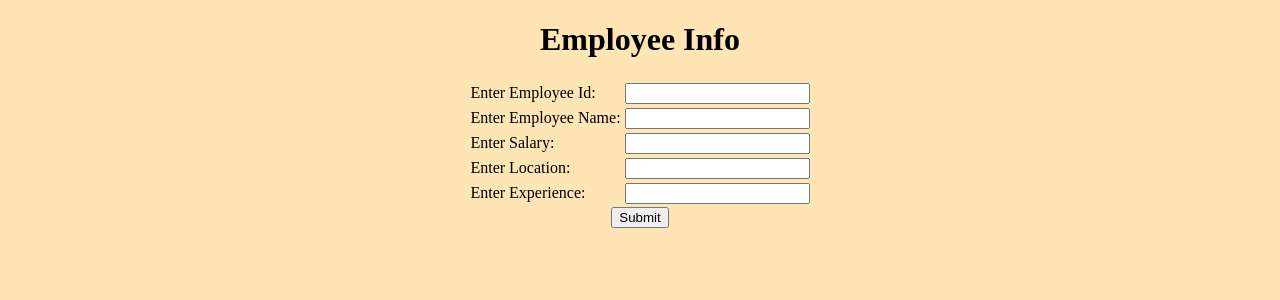
Repository: sravaninallapati1/java1
Page: http://localhost/JSP/reg.jsp
These files come from the project's save history. The page is drawn as it stood at one moment and after the next save; the edit follows.
The browser window is 1280 px wide. The pictures show the whole page.
The page is served by Tomcat 9.

Above is the page before, as saved 2016-12-20 17:25:17.

After the next save:
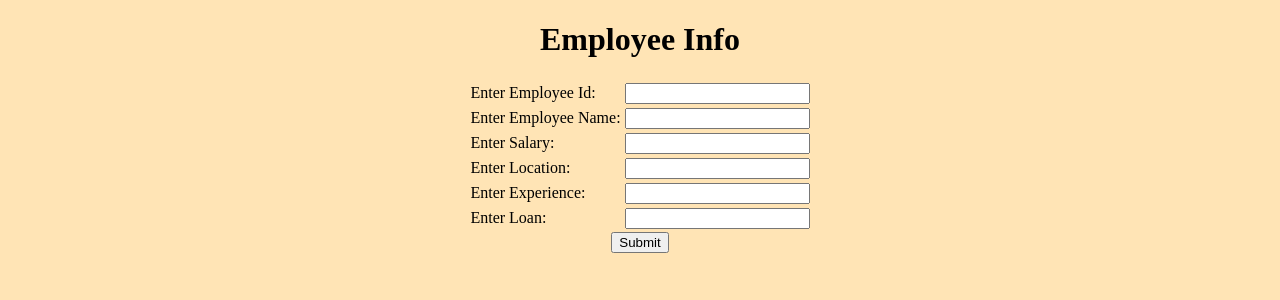
Saved 3 min 51 s later.
--- a/JSP/WebContent/reg.jsp
+++ b/JSP/WebContent/reg.jsp
@@ -36,6 +36,10 @@
       <td>Enter Experience:</td>
       <td><input type="number" name="employeeExp" /></td>
     </tr>
+    <tr>
+    <td>Enter Loan:</td>
+    <td><input type="number" name="employeeLoan"/></td>
+    </tr>
 
 </table>
 
